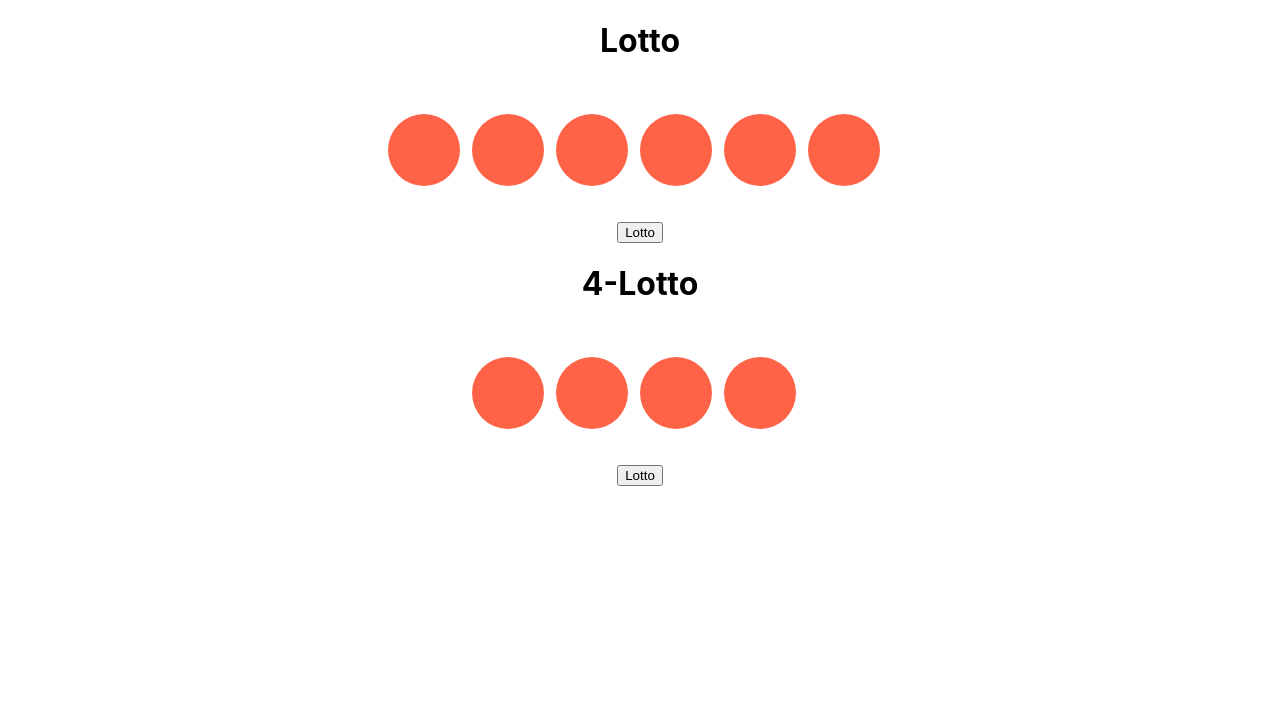
Repository: dung8466/learn-react
Page: / (app in lottery/)
An editor plug-in stored every save of this project. The page is shown before and after the next save, followed by the edit.
The browser window is 1280 px wide. The pictures show the whole page.
The project was rebuilt for these pictures with package versions that can differ from the ones it lists, and the page was loaded fresh each time.

Above is the page before, as saved 2022-09-18 21:03:38.

After the next save:
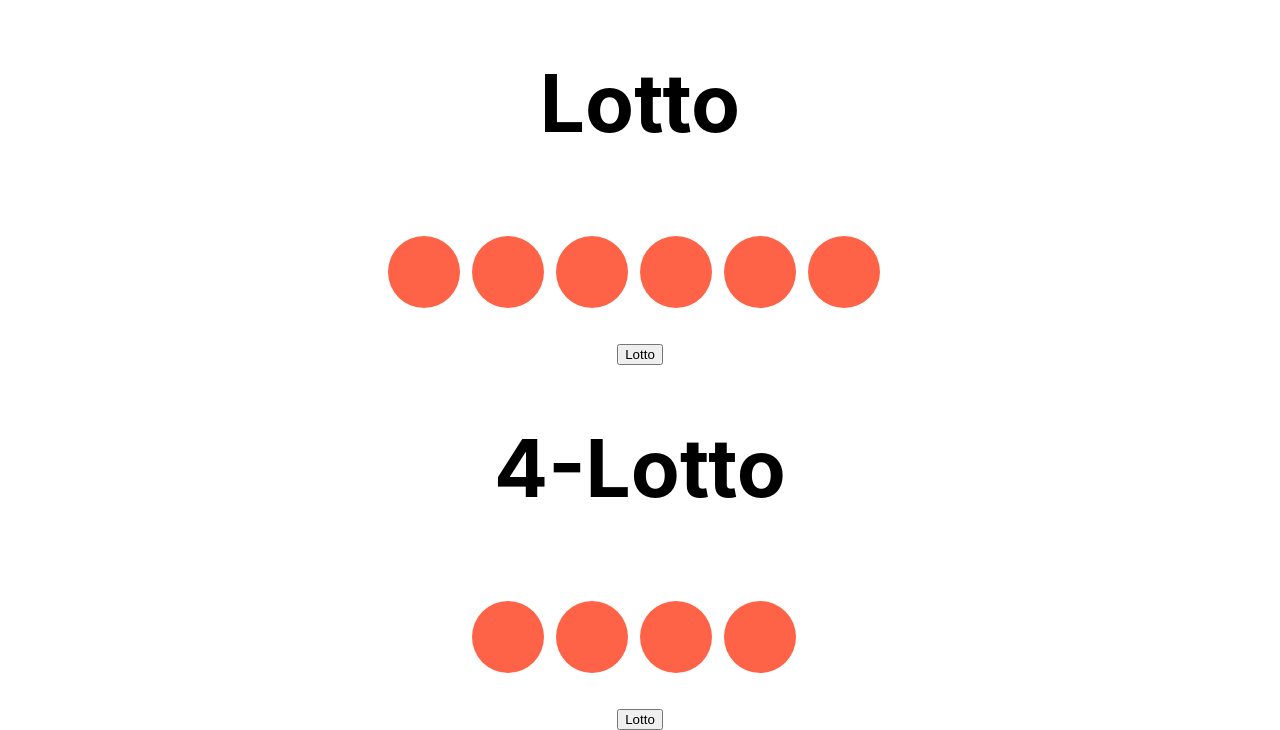
Saved 4 s later.
--- a/lottery/src/Lotto.css
+++ b/lottery/src/Lotto.css
@@ -8,5 +8,5 @@
 }
 
 .lotto h1{
-    font-size: 2em;
+    font-size: 5em;
 }

After the 3 saves that followed:
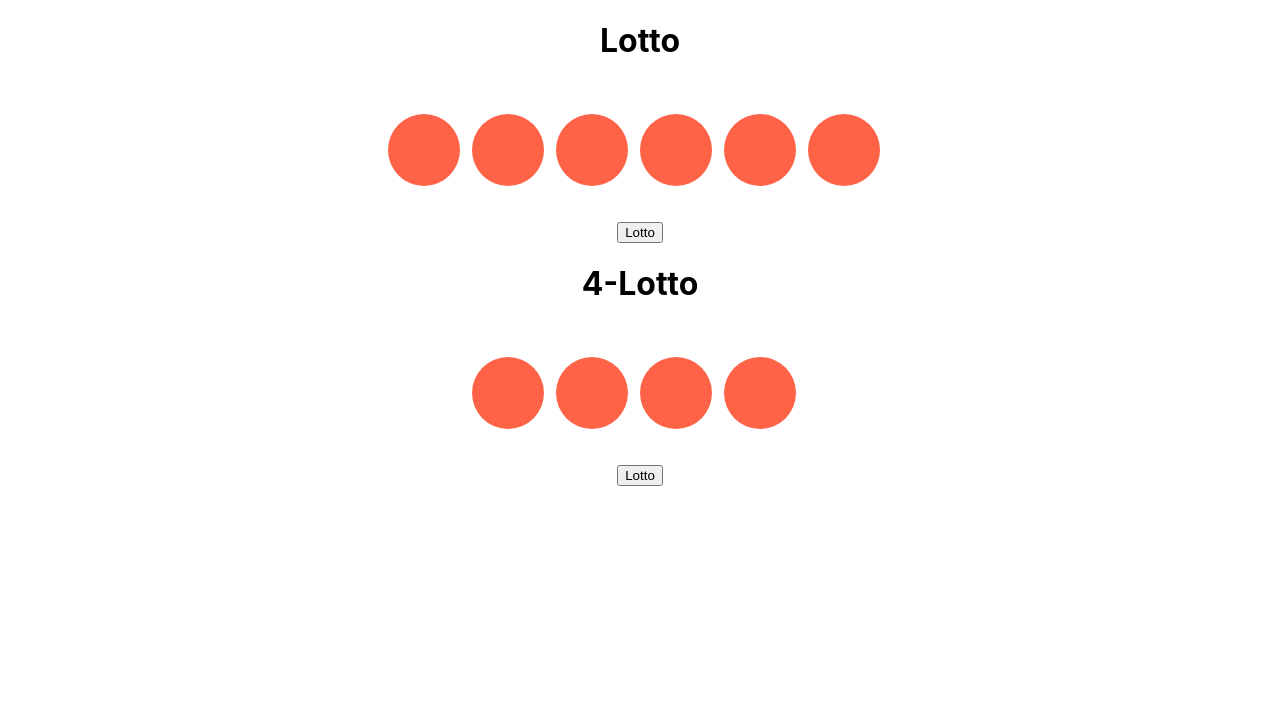
The 3 saves are shown as one change because they came seconds apart.
The last was saved 10 s later.
--- a/lottery/src/Lotto.css
+++ b/lottery/src/Lotto.css
@@ -8,5 +8,5 @@
 }
 
 .lotto h1{
-    font-size: 5em;
+    font-size: 2em;
 }
